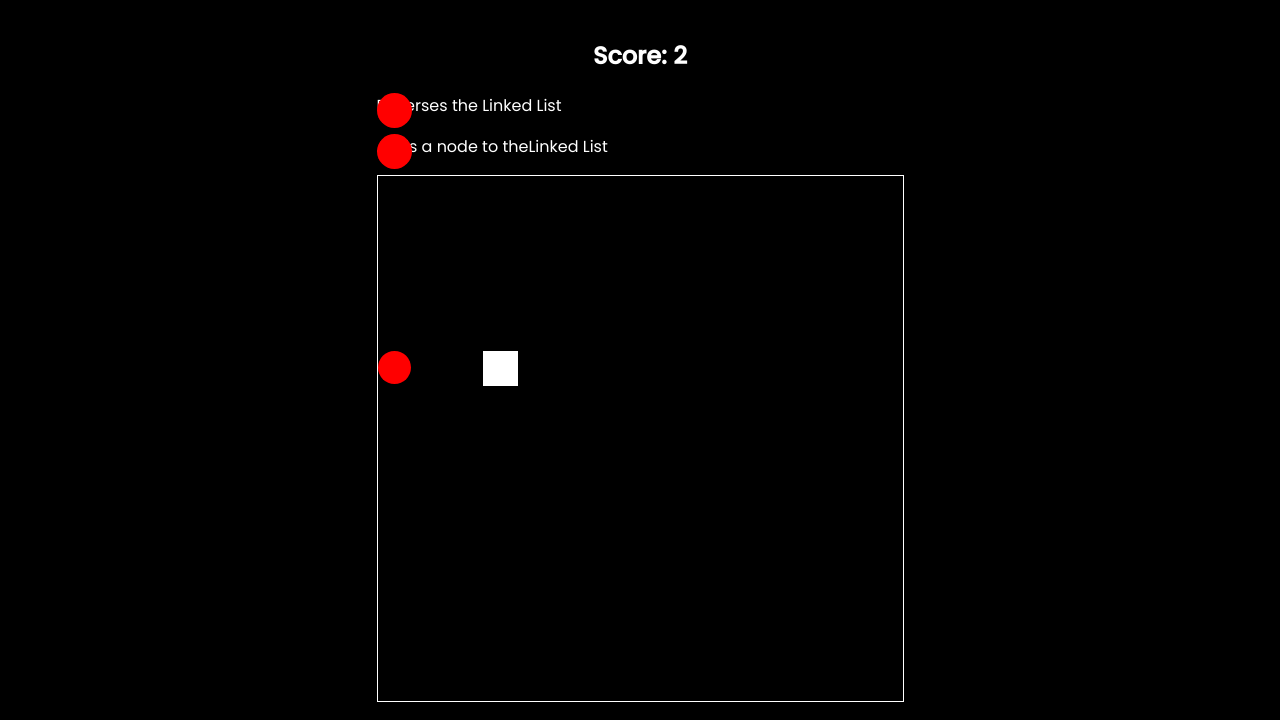
Repository: rehans-Life/linkedlist-snake-game
Page: /
An editor plug-in stored every save of this project. The page is shown before and after the next save, followed by the edit.
The browser window is 1280 px wide. The pictures show the whole page.
The project was rebuilt for these pictures with package versions that can differ from the ones it lists, and the page was loaded fresh each time. The framework's server and built-in components were replaced by stand-ins that run in the browser. Also part of the build but not shown: next.config.js.

Above is the page before, as saved 2023-04-16 02:42:01.

### pages/index.js
import Head from "next/head";
import styles from "../styles/Home.module.css";
import Board from "../components/Board";

export default function Home() {
  return (
    <div className={styles.container}>
      <Head>
        <title>Linked List Snake Game</title>
        <meta name="description" content="linked list snake game" />
        <link rel="icon" href="/favicon.ico" />
      </Head>
      <Board />
    </div>
  );
}

### styles/globals.css
@import url("https://fonts.googleapis.com/css2?family=Poppins:wght@100;200;300;400;500&display=swap");

html,
body {
  padding: 0;
  margin: 0;
}

a {
  color: inherit;
  text-decoration: none;
}

* {
  box-sizing: border-box;
  font-family: Poppins;
}

button {
  margin: 0;
  padding: 0;
}

### styles/Home.module.css
.container {
  background-color: rgb(0, 0, 0);
  height: 100vh;
  display: flex;
  align-items: center;
  justify-content: center;
}

.board {
  border: 1px solid white;
}

.score {
  color: white;
  width: 100%;
  text-align: center;
}

.row {
  display: flex;
  align-items: center;
  justify-content: center;
}

.cell {
  width: 35px;
  height: 35px;
}

.snake_cell {
  background-color: green;
}

.food_cell {
  position: relative;
}

.food_cell::before {
  content: "";
  height: 95%;
  position: absolute;
  width: 95%;
  border-radius: 50%;
  background-color: red;
}

.reverse_cell {
  position: relative;
}

.reverse_cell::before {
  content: "";
  height: 95%;
  position: absolute;
  width: 95%;
  border-radius: 50%;
  background-color: purple;
}

.head {
  background-color: white;
}

.circle {
  content: "";
  height: 35px;
  position: absolute;
  width: 35px;
  border-radius: 50%;
}

.reverse {
  background-color: purple;
}

.food {
  background-color: red;
}

.text {
  color: white;
}

### components/Board.jsx
/* eslint-disable react-hooks/exhaustive-deps */
import React, { useEffect, useState } from "react";
import styles from "../styles/Home.module.css";
import { createBoard, randomIntInIntervel } from "../utils";

const BOARD_SIZE = 10;

// A Class to represent each node of the linked list
class Node {
  constructor(value, row, col) {
    this.value = value;
    this.row = row;
    this.col = col;
    this.next = null;
  }
}

// A class to represent the singly linked list
class SinglyLinkedList {
  constructor(head) {
    let node = new Node(head.value, head.row, head.col);
    this.head = node;
    this.tail = node;
  }
}

const Direction = {
  UP: "UP",
  RIGHT: "RIGHT",
  DOWN: "DOWN",
  LEFT: "LEFT",
};

const reverseDirection = {
  UP: "DOWN",
  RIGHT: "LEFT",
  DOWN: "UP",
  LEFT: "RIGHT",
};

export default function Board() {
  const [board, setBoard] = useState(createBoard(15));

  // A set to store the values of all snake cells intially our snake will be of size
  // one cell and start from the 44th cells.
  const [snakeCells, setSnakeCells] = useState(new Set([80]));

  // A linked list for our snake initally going to have only one node which
  // is at cell 44.
  const [linkedlist, setLinkedList] = useState(
    new SinglyLinkedList({ value: 80, row: 5, col: 4 })
  );

  const [foodCell, setFoodCell] = useState(85);
  const [direction, setDirection] = useState(Direction.RIGHT);

  const [reverseLinkedList, setReverseLinkedList] = useState(false);
  const [counter, setCounter] = useState(0);

  useEffect(() => {
    window.addEventListener("keydown", (e) => {
      handleKeyDown(e.key);
    });
    let gameStartInternal = setInterval(() => {
      setLinkedList((currLinkedList) => moveLinkedList(currLinkedList));
    }, 250);
    return () => {
      clearInterval(gameStartInternal);
    };
  }, [direction, foodCell, snakeCells]);

  useEffect(() => {
    setSnakeCells((currSnakeCells) => moveSnakeCells(currSnakeCells));
  }, [linkedlist]);

  useEffect(() => {
    setCounter((curr) => curr + 1);
  }, [foodCell]);

  function handleKeyDown(key) {
    const direction = getDirectionFromKey(key);
    if (direction === "") return;
    setDirection(direction);
  }

  const getDirectionFromKey = (key) => {
    if (key === "ArrowUp") return Direction.UP;
    if (key === "ArrowRight") return Direction.RIGHT;
    if (key === "ArrowDown") return Direction.DOWN;
    if (key === "ArrowLeft") return Direction.LEFT;
    return "";
  };

  function moveLinkedList(originalLinkedlist) {
    let linkedList = copyLinkedList(originalLinkedlist);
    let currHead = linkedList.head;
    let newHead = createNewNodeInDirection(board, currHead);

    if (!newHead) {
      setFoodCell(85);
      setDirection(Direction.RIGHT);
      setCounter(0);
      return new SinglyLinkedList({ value: 80, row: 5, col: 4 });
    }

    currHead.next = newHead;
    if (newHead.value === foodCell) {
      if (reverseLinkedList) {
        let reversedLinkedList = createReverseLinkedList(linkedList);
        let newDirection = newReverseDirection(originalLinkedlist.tail);
        setDirection(newDirection);
        while (true) {
          let newFoodCell = randomIntInIntervel(1, board[14][14]);
          if (!snakeCells.has(newFoodCell)) {
            setReverseLinkedList(Math.random() < 0.3);
            setFoodCell(newFoodCell);
            break;
          }
        }
        return { head: reversedLinkedList.head, tail: currHead };
      }

      let growthCell = createNewNodeForGrowth(board, linkedList.tail);
      let temp = linkedList.tail;
      linkedList.tail = growthCell;
      linkedList.tail.next = temp;

      while (true) {
        let newFoodCell = randomIntInIntervel(1, board[14][14]);
        if (!snakeCells.has(newFoodCell)) {
          setReverseLinkedList(Math.random() < 0.3);
          setFoodCell(newFoodCell);
          break;
        }
      }
    }
    return { head: newHead, tail: linkedList.tail.next };
  }

  function newReverseDirection(currHead) {
    let newDirection;
    let nextToHead = currHead.next;

    if (!nextToHead) {
      if (direction === "RIGHT") newDirection = reverseDirection["RIGHT"];
      else if (direction === "LEFT") newDirection = reverseDirection["LEFT"];
      else if (direction === "UP") newDirection = reverseDirection["UP"];
      else newDirection = reverseDirection["DOWN"];
      return newDirection;
    }

    if (direction === "RIGHT") {
      if (nextToHead.col === currHead.col - 1) {
        newDirection = "RIGHT";
      } else {
        newDirection = "LEFT";
      }
    }

    if (direction === "LEFT") {
      if (nextToHead.col === currHead.col + 1) {
        newDirection = "LEFT";
      } else {
        newDirection = "RIGHT";
      }
    }

    if (direction === "UP") {
      if (nextToHead.row === currHead.row + 1) {
        newDirection = "UP";
      } else {
        newDirection = "DOWN";
      }
    }

    if (direction === "DOWN") {
      if (nextToHead.row === currHead.row - 1) {
        newDirection = "DOWN";
      } else {
        newDirection = "UP";
      }
    }
    return newDirection;
  }

  function createReverseLinkedList(linkedList) {
    let tail = linkedList.tail;
    let curr = null;
    let prev = tail;

    while (prev) {
      let temp = prev.next;
      prev.next = curr;
      curr = prev;
      prev = temp;
    }

    return { head: tail, tail: curr };
  }

  function createNewNodeForGrowth(board, currTail) {
    let newTail;
    if (direction === "LEFT")
      newTail = new Node(
        board[currTail.row][currTail.col + 1],
        currTail.row,
        currTail.col + 1
      );
    else if (direction === "RIGHT")
      newTail = new Node(
        board[currTail.row][currTail.col - 1],
        currTail.row,
        currTail.col - 1
      );
    else if (direction === "DOWN") {
      if (currTail.row - 1 < 0) {
        newTail = new Node(
          board[currTail.row + 1][currTail.col],
          currTail.row + 1,
          currTail.col
        );
      } else {
        newTail = new Node(
          board[currTail.row - 1][currTail.col],
          currTail.row - 1,
          currTail.col
        );
      }
    } else if (direction === "UP") {
      if (currTail.row + 1 >= 15) {
        newTail = new Node(
          board[currTail.row - 1][currTail.col],
          currTail.row - 1,
          currTail.col
        );
      } else {
        newTail = new Node(
          board[currTail.row + 1][currTail.col],
          currTail.row + 1,
          currTail.col
        );
      }
    }

    return newTail;
  }

  function createNewNodeInDirection(board, currHead) {
    let newHead = false;
    if (
      direction === "LEFT" &&
      currHead.col - 1 >= 0 &&
      !snakeCells.has(board[currHead.row][currHead.col - 1])
    )
      newHead = new Node(
        board[currHead.row][currHead.col - 1],
        currHead.row,
        currHead.col - 1
      );
    else if (
      direction === "RIGHT" &&
      currHead.col + 1 < 15 &&
      !snakeCells.has(board[currHead.row][currHead.col + 1])
    )
      newHead = new Node(
        board[currHead.row][currHead.col + 1],
        currHead.row,
        currHead.col + 1
      );
    else if (
      direction === "DOWN" &&
      currHead.row + 1 < 15 &&
      !snakeCells.has(board[currHead.row + 1][currHead.col])
    )
      newHead = new Node(
        board[currHead.row + 1][currHead.col],
        currHead.row + 1,
        currHead.col
      );
    else if (
      direction === "UP" &&
      currHead.row - 1 >= 0 &&
      !snakeCells.has(board[currHead.row - 1][currHead.col])
    )
      newHead = new Node(
        board[currHead.row - 1][currHead.col],
        currHead.row - 1,
        currHead.col
      );
    return newHead;
  }

  function copyLinkedList(linkedList) {
    let node = linkedList.tail;
    let newNode = new Node(node.value, node.row, node.col);
    let newTail = newNode;
    while (node.next) {
      let next = node.next;
      let newNext = new Node(next.value, next.row, next.col);
      node = next;
      newNode.next = newNext;
      newNode = newNext;
    }
    return {
      head: newNode,
      tail: newTail,
    };
  }

  function moveSnakeCells() {
    let movedSnake = [];
    let node = linkedlist.tail;

    while (node) {
      movedSnake.push(node.value);
      node = node.next;
    }
    movedSnake.reverse();
    return new Set(movedSnake);
  }

  const infos = [
    {
      color: "purple",
      text: "Reverses the Linked List",
    },
    {
      color: "red",
      text: "Adds a node to theLinked List",
    },
  ];

  const Info = ({ text, color }) => {
    return (
      <div className={styles.info}>
        <div
          className={`${styles.circle} ${
            color === "Purple" ? styles.reverse : styles.food
          }`}
        ></div>
        <p className={styles.text}>{text}</p>
      </div>
    );
  };

  return (
    <div>
      <h2 className={styles.score}>Score: {counter}</h2>
      <div className={styles.infos}>
        {infos.map(({ color, text }, index) => (
          <Info text={text} color={color} key={index} />
        ))}
      </div>
      <div className={styles.board}>
        {board.map((row, i) => (
          <div key={i} className={styles.row}>
            {row.map((value, j) => (
              <div
                key={j}
                className={`${styles.cell} ${
                  linkedlist.head.value === value
                    ? styles.head
                    : snakeCells.has(value)
                    ? styles.snake_cell
                    : reverseLinkedList && value === foodCell
                    ? styles.reverse_cell
                    : value === foodCell
                    ? styles.food_cell
                    : ""
                }`}
              ></div>
            ))}
          </div>
        ))}
      </div>
    </div>
  );
}

### utils.js
export const randomIntInIntervel = (max, min) => {
  return Math.floor(Math.random() * (max - min + 1)) + min;
};

export const createBoard = (board_size) => {
  // All the cells which have a certain value assigned to them
  let board = [];
  let counter = 1;
  for (let i = 0; i < board_size; i++) {
    let row = [];
    for (let j = 0; j < board_size; j++) row.push(counter++);
    board.push(row);
  }
  return board;
};

Loaded but not shown: pages/_app.js (common file)

After the next save:
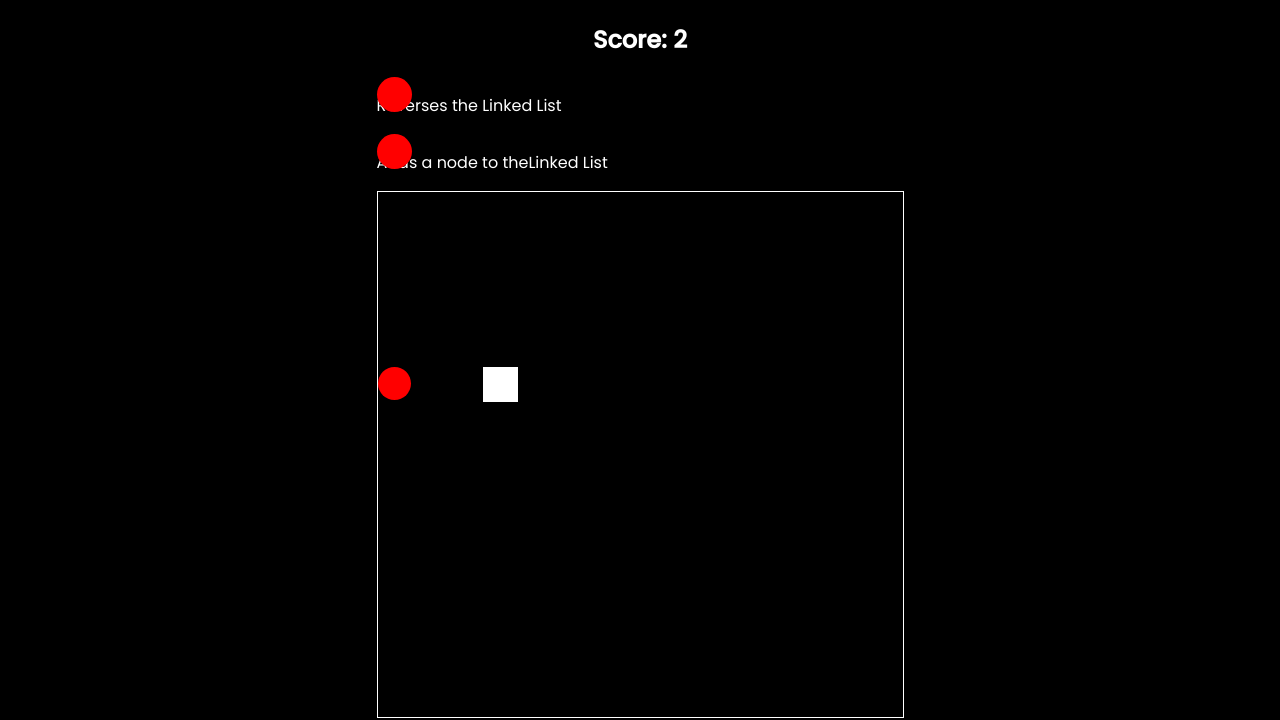
Saved 18 s later.
--- a/styles/Home.module.css
+++ b/styles/Home.module.css
@@ -80,3 +80,7 @@
 .text {
   color: white;
 }
+
+.info {
+  display: flex;
+}
